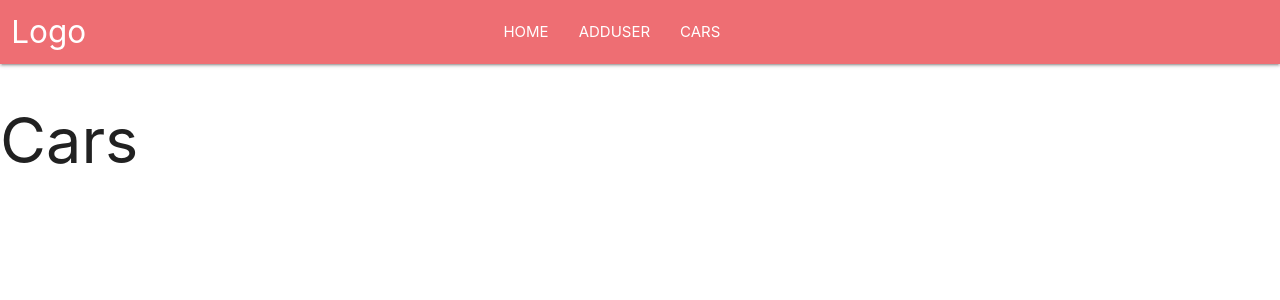
Repository: JenyaIII-sudo/Cars
Page: /Cars
An editor plug-in stored every save of this project. The page is shown before and after the next save, followed by the edit.
The browser window is 1280 px wide. The pictures show the whole page.
The project was rebuilt for these pictures with package versions that can differ from the ones it lists, and the page was loaded fresh each time. Also part of the build but not shown: src/App.css, src/Components/Home.js, src/Components/AddUser.js.

Above is the page before, as saved 2019-11-24 17:51:48.

After the next save:
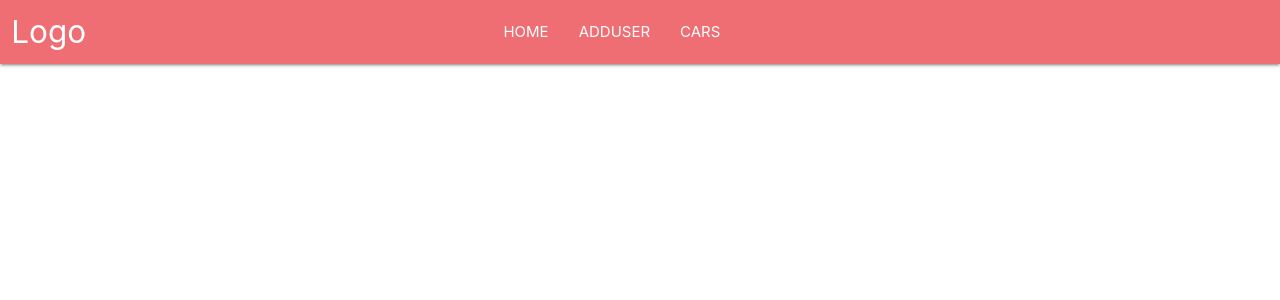
Saved 17 s later.
--- a/src/Components/UserList.js
+++ b/src/Components/UserList.js
@@ -1,11 +1,7 @@
 import React from "react";
 
 const UserList = () => {
-  return (
-    <div>
-      <h1>Cars</h1>
-    </div>
-  );
+  return <div></div>;
 };
 
 export default UserList;
